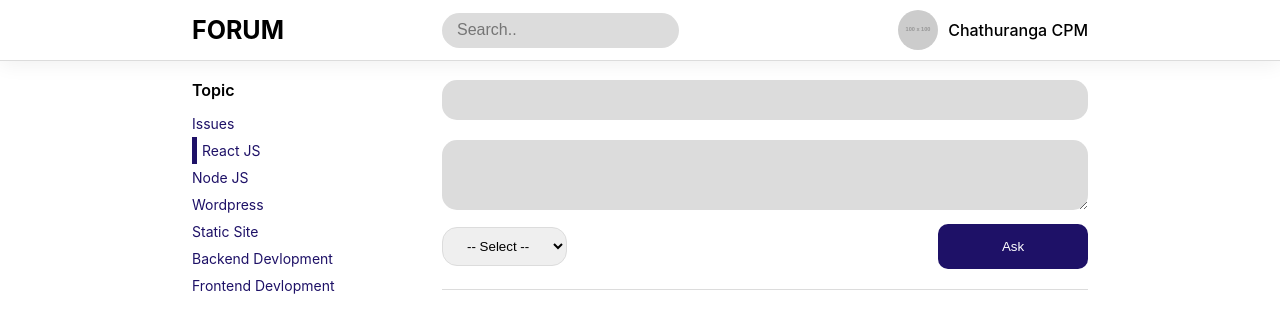
Repository: ChathurangaCPM/developer-forum
Page: / (app in client/)
The author's editor kept a copy of each file at every save. The page is drawn from the files as they stood at one save, then again after a run of saves.
The browser window is 1280 px wide. The pictures show the whole page.
The page's requests for data from a server got no answer. The project was rebuilt for these pictures with package versions that can differ from the ones it lists, and the page was loaded fresh each time. No one was signed in, and anything a server would have sent is missing. Also part of the build but not shown: client/src/scss/componets/SingleQuestion/SingleQuestion.min.css, client/src/components/SingleQuestion/SingleQuestion.js.

Above is the page before, as saved 2022-05-10 15:44:09.

After the next 2 saves:
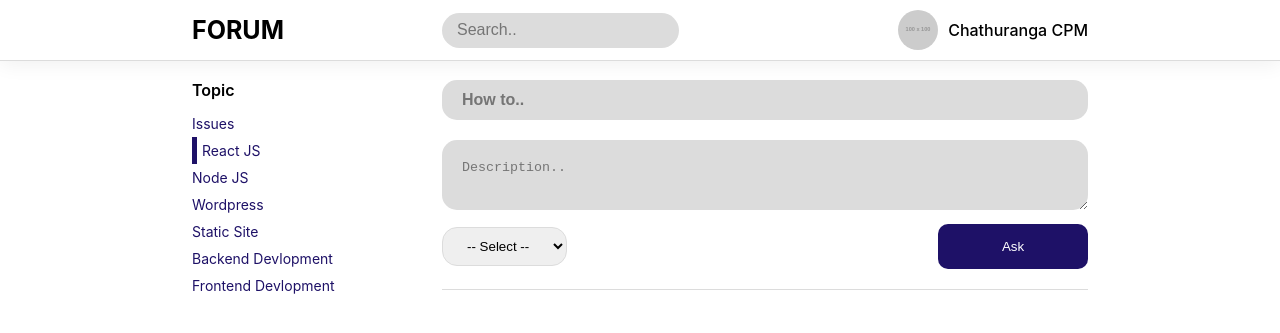
The 2 saves are shown as one change because they came seconds apart.
The last was saved 31 s later.
--- a/client/src/components/AddQuestion/AddQuestion.js
+++ b/client/src/components/AddQuestion/AddQuestion.js
@@ -38,11 +38,11 @@ function AddQuestion() {
                 <div className="wrap_input">
                     <input type="text" name="title" onChange={(e) => {
                         setTitle(e.target.value)
-                    }} />
+                    }} placeholder="How to.." />
                 </div>
                 <textarea name="descriptions" onChange={(e) => {
                     setDescription(e.target.value)
-                }}></textarea>
+                }} placeholder="Description.."></textarea>
 
                 <div className="selrct_cat">
                     <select name="selrct_cat" onChange={(e) => {
